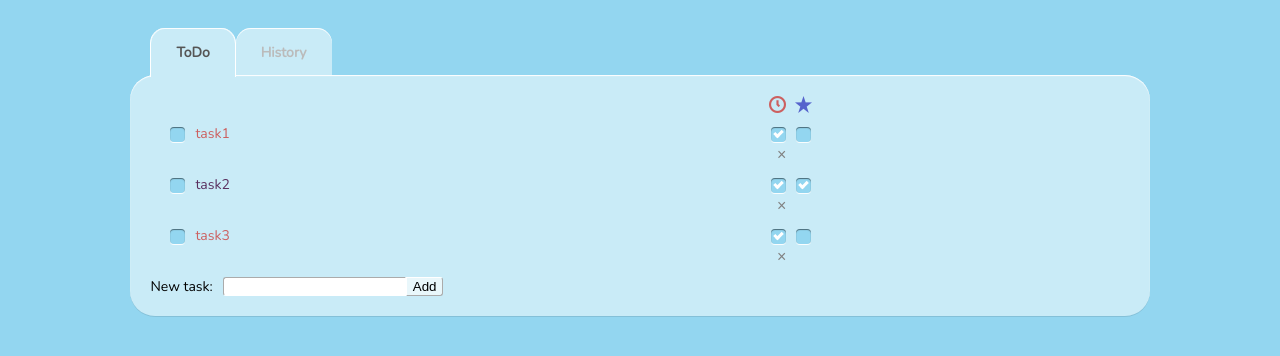
Repository: naurlaunim/toDoList
Page: /
These files come from the project's save history. The page is drawn as it stood at one moment and after the next save; the edit follows.
The browser window is 1280 px wide. The pictures show the whole page.
Some web fonts or font styles are not loaded; a fallback is used. The project was rebuilt for these pictures with package versions that can differ from the ones it lists, and the page was loaded fresh each time. Also part of the build but not shown: webpack.config.js.

Above is the page before, as saved 2018-03-01 19:34:19.

After the next save:
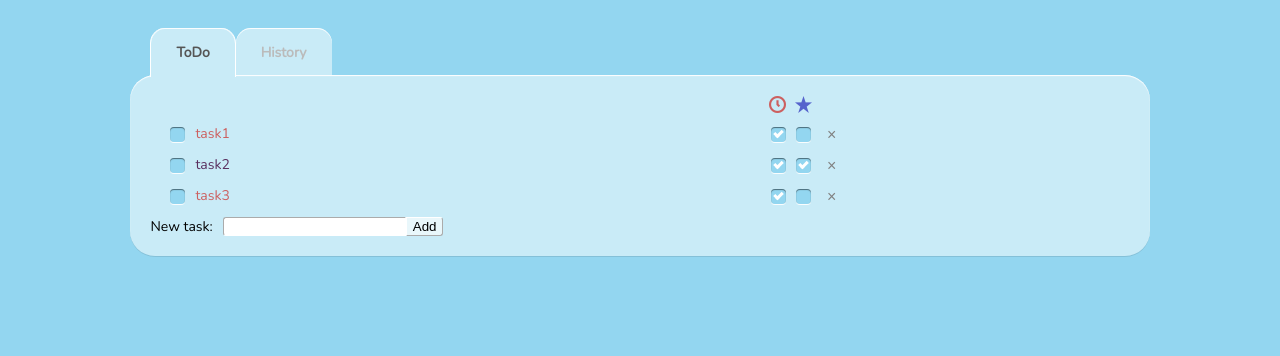
Saved 5 min 44 s later.
--- a/src/components.js
+++ b/src/components.js
@@ -33,15 +33,10 @@ const Checkbox = ({ title, value, name, status, handleCheck }) => (
     </section>
 )
 
-export const Buttons = ({ task, handleCheck, handleDelete, showHistory }) => (
+export const Buttons = ({ task, handleCheck, handleDelete }) => (
     <div className="buttons">
-    {showHistory
-    ?   <div class = 'date'>{task.date}</div>
-    :   <div>
-            <Checkbox title = "urgent" value="ur" name={task.text} status={task.ur} handleCheck={handleCheck} />
-            <Checkbox title = "important" value="im" name={task.text} status={task.im} handleCheck={handleCheck} />
-        </div>
-    }
+        <Checkbox title = "urgent" value="ur" name={task.text} status={task.ur} handleCheck={handleCheck} />
+        <Checkbox title = "important" value="im" name={task.text} status={task.im} handleCheck={handleCheck} />
 
         <button className='delete'
             name={task.text.toString()}
